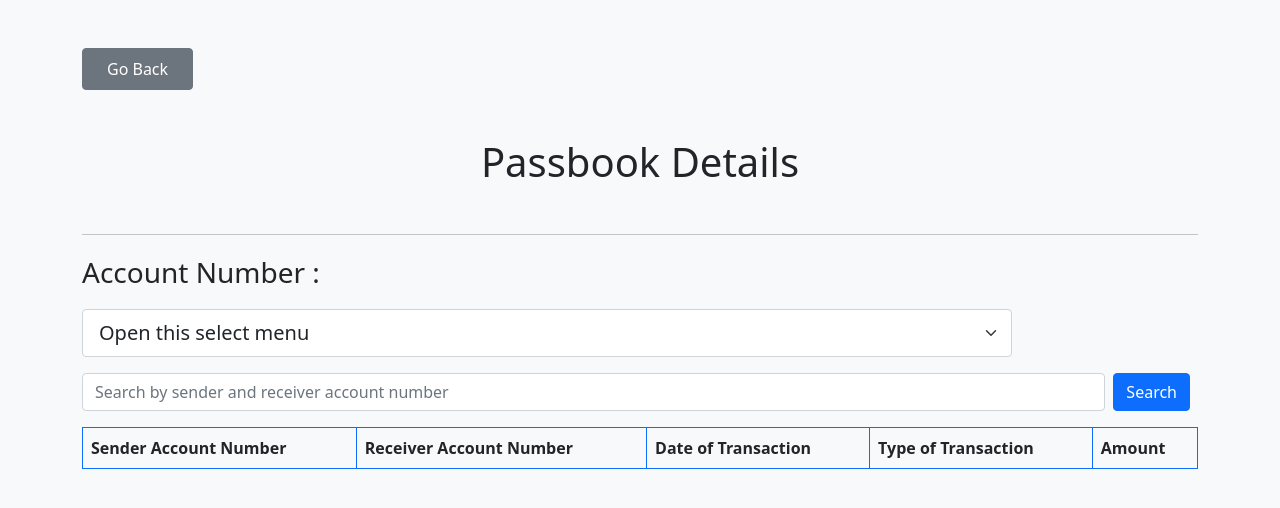
Repository: valletivarish/monojsp
Page: http://localhost/11-bank-application/user-passbook.jsp
The author's editor kept a copy of each file at every save. The page is drawn from the files as they stood at one save, then again after the next save.
The browser window is 1280 px wide. The pictures show the whole page.
The page is served by Tomcat 9. The template is opened directly, without the code that normally fills it, so the values that code supplies are empty.

Above is the page before, as saved 2024-07-22 05:59:05.

After the next save:
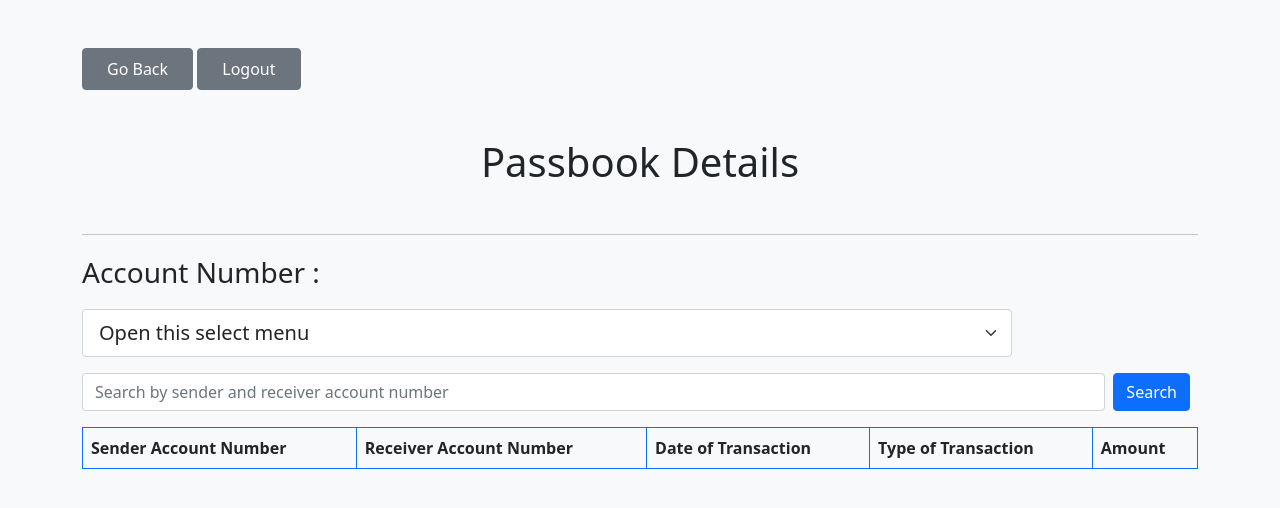
Saved 15 s later.
--- a/11-bank-application/WebContent/user-passbook.jsp
+++ b/11-bank-application/WebContent/user-passbook.jsp
@@ -23,6 +23,7 @@ pageEncoding="UTF-8"%>
 	<div class="container-lg my-5">
 		<a class="btn btn-secondary p-2 px-4" href="user?command=user">Go
 			Back</a>
+		<a class="btn btn-secondary p-2 px-4" aria-current="page" href="logout">Logout</a>
 		<h1 class="text-center my-5">Passbook Details</h1>
 		<hr />
 		<p class="fs-3">
